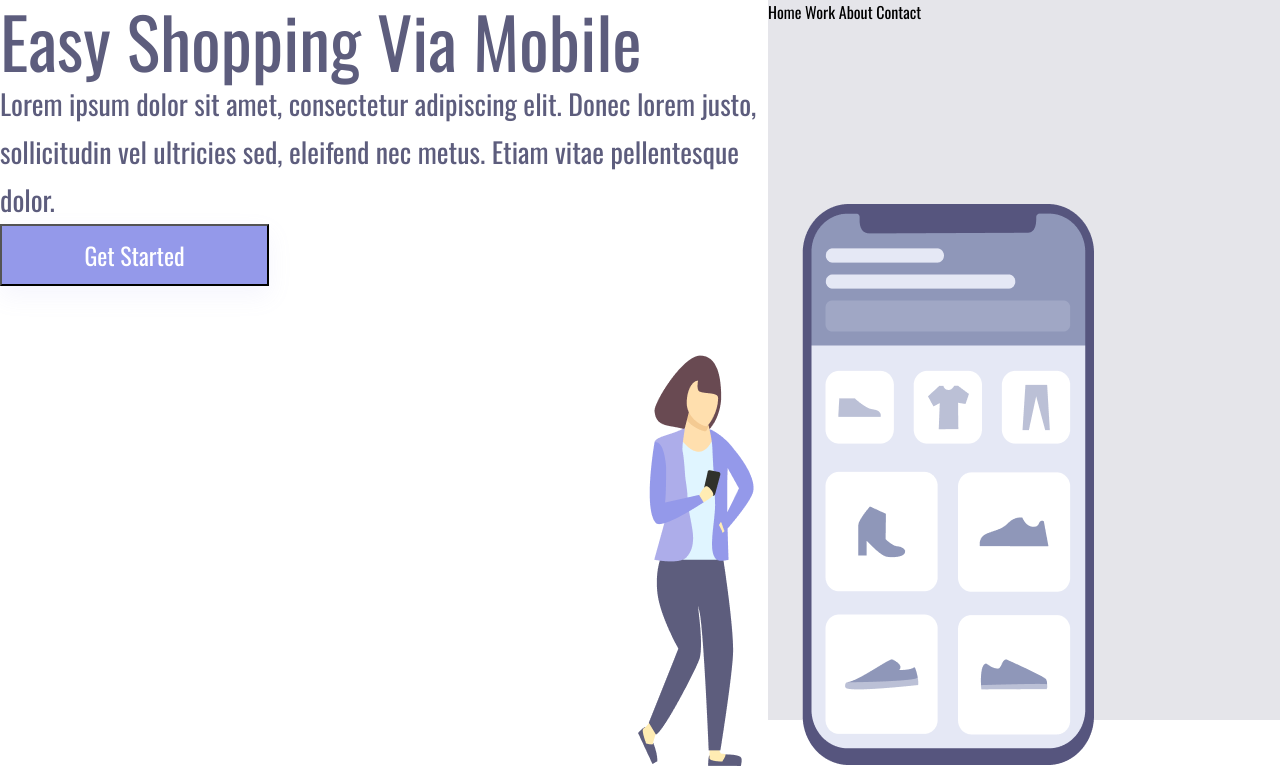
Repository: Leo-Marques-882/Projeto-Git-2
Page: index.html
The author's editor kept a copy of each file at every save. The page is drawn from the files as they stood at one save, then again after the next save.
The browser window is 1280 px wide. The pictures show the whole page.

Above is the page before, as saved 2023-03-06 23:09:25.

### index.html
<!DOCTYPE html>
<html lang="pt_br">

<head>
    <meta charset="UTF-8">
    <meta http-equiv="X-UA-Compatible" content="IE=edge">
    <meta name="viewport" content="width=device-width, initial-scale=1.0">
    <link rel="stylesheet" href="styless.css">
    <link rel="preconnect" href="https://fonts.googleapis.com">
    <link rel="preconnect" href="https://fonts.gstatic.com" crossorigin>
    <link href="https://fonts.googleapis.com/css2?family=Oswald&display=swap" rel="stylesheet">

    <title>Projeto 1</title>
</head>

<body>
    <div class="wrapper">
        <section class="container-left">
            <h1>Easy Shopping Via Mobile</h1>
            <p>Lorem ipsum dolor sit amet, consectetur adipiscing
                elit. Donec lorem justo, sollicitudin vel ultricies sed,
                eleifend nec metus. Etiam vitae pellentesque dolor. </p>
            <button>Get Started</button>
        </section>
        <section class="container-right">
            <header>
                <a>Home</a>
                <a>Work</a>
                <a>About</a>
                <a>Contact</a>
            </header>
            <img src="./img/Illustration.png" alt="girl-cellphone">
        </section>
    </div>
</body>

</html>

### styless.css
* {
    margin: 0;
    padding: 0;
    box-sizing: border-box;
    font-family: 'Oswald', sans-serif;
}

.wapper {
    height: 100vh;
    ;
    width: 100vw;
}

.container-left {
    display: inline-block;
    width: 60%;
}

h1 {
    font-weight: 400;
    font-size: 70px;
    line-height: 80px;
    color: #5D5D7D;
}

p {
    font-weight: 400;
    font-size: 28px;
    line-height: 48px;
    color: #5D5D7D;
}

button {
    width: 269px;
    height: 62px;
    background: #9499EA;
    box-shadow: 0px 10px 24px rgba(148, 153, 234, 0.0979959);
    font-weight: 400;
    font-size: 24px;
    line-height: 36px;
    text-align: center;
    color: #FFFFFF;
}

.container-right {
    display: inline-block;
    background-color: rgba(93, 93, 125, 0.16);
    height: 100vh;
    width: 40%;
    position: absolute;
}

img {
    position: relative;
    top: 25%;
    right: 130px;
}

After the next save:
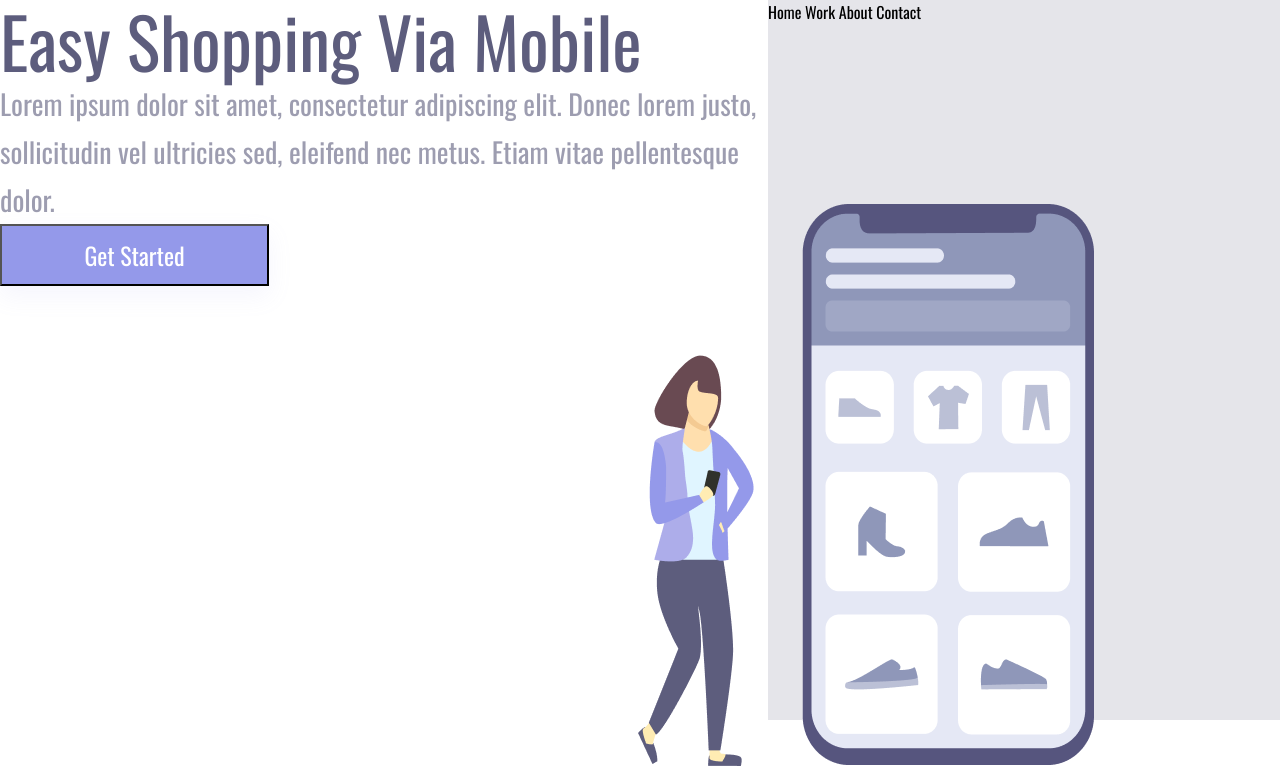
Saved 50 s later.
--- a/styless.css
+++ b/styless.css
@@ -28,6 +28,7 @@
     font-size: 28px;
     line-height: 48px;
     color: #5D5D7D;
+    opacity: 0.6;
 }
 
 button {
